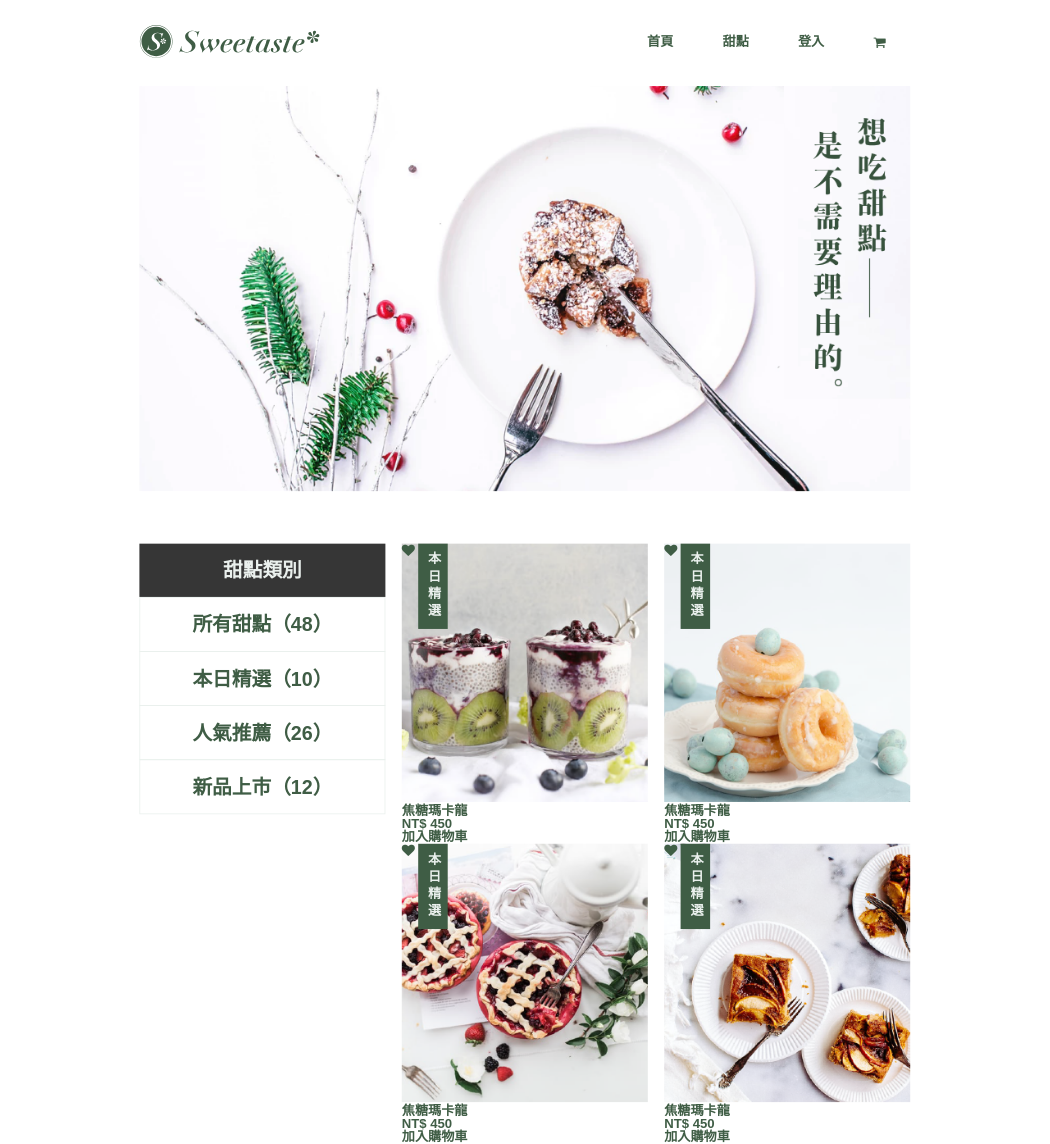
Repository: michelle61219/Sweets
Page: index.html
These files come from the project's save history. The page is drawn as it stood at one moment and after the next save; the edit follows.
The browser window is 1280 px wide. The pictures show the whole page, at 82% of full size.

Above is the page before, as saved 2021-06-13 15:30:05.

### index.html
<!DOCTYPE html>
<html lang="en">
	<head>
		<meta charset="UTF-8" />
		<meta http-equiv="X-UA-Compatible" content="IE=edge" />
		<meta name="viewport" content="width=device-width, initial-scale=1.0" />
		<link rel="stylesheet" href="style.css" />
		<link
			rel="stylesheet"
			href="https://cdnjs.cloudflare.com/ajax/libs/font-awesome/4.7.0/css/font-awesome.min.css"
		/>
		<title>甜點電商</title>
	</head>
	<body>
		<header></header>
		<div class="header container">
			<h1>
				<a href="#">
					<img
						width="220"
						height="40"
						src="images/logo-all-dark.svg"
						alt="logo"
					/>
				</a>
			</h1>
			<nav>
				<ul class="menu">
					<li><a href="#">首頁</a></li>
					<li><a href="#">甜點</a></li>
					<li><a href="#">登入</a></li>
					<li>
						<a href="#">
							<i class="fa fa-shopping-cart"></i>
						</a>
					</li>
				</ul>
			</nav>
		</div>
		<div class="banner container">
			<img src="images/banner.png" alt="banner" />
		</div>
		<div class="main container">
			<div class="aside">
				<h2>甜點類別</h2>
				<ul>
					<li><a href="#">所有甜點（48）</a></li>
					<li><a href="#">本日精選（10）</a></li>
					<li><a href="#">人氣推薦（26）</a></li>
					<li><a href="#">新品上市（12）</a></li>
				</ul>
			</div>
			<div class="productList">
				<ul class="productList-card">
					<li>
						<div class="tag">本日精選</div>
						<i class="fa fa-heart heart"></i>
						<img src="images/p-1.png" alt="p1" />
						<div class="productList-card-body">
							<h2>焦糖瑪卡龍</h2>
							<span>NT$ 450</span>
						</div>
						<a href="#" class="cart">加入購物車</a>
					</li>
					<li>
						<div class="tag">本日精選</div>
						<i class="fa fa-heart heart"></i>
						<img src="images/p-2.png" alt="p1" />
						<div class="productList-card-body">
							<h2>焦糖瑪卡龍</h2>
							<span>NT$ 450</span>
						</div>
						<a href="#" class="cart">加入購物車</a>
					</li>
					<li>
						<div class="tag">本日精選</div>
						<i class="fa fa-heart heart"></i>
						<img src="images/p-3.png" alt="p1" />
						<div class="productList-card-body">
							<h2>焦糖瑪卡龍</h2>
							<span>NT$ 450</span>
						</div>
						<a href="#" class="cart">加入購物車</a>
					</li>
					<li>
						<div class="tag">本日精選</div>
						<i class="fa fa-heart heart"></i>
						<img src="images/p-4.png" alt="p1" />
						<div class="productList-card-body">
							<h2>焦糖瑪卡龍</h2>
							<span>NT$ 450</span>
						</div>
						<a href="#" class="cart">加入購物車</a>
					</li>
				</ul>
			</div>
		</div>
	</body>
</html>

### style.css
/* http://meyerweb.com/eric/tools/css/reset/
   v2.0 | 20110126
   License: none (public domain)
*/

html,
body,
div,
span,
applet,
object,
iframe,
h1,
h2,
h3,
h4,
h5,
h6,
p,
blockquote,
pre,
a,
abbr,
acronym,
address,
big,
cite,
code,
del,
dfn,
em,
img,
ins,
kbd,
q,
s,
samp,
small,
strike,
strong,
sub,
sup,
tt,
var,
b,
u,
i,
center,
dl,
dt,
dd,
ol,
ul,
li,
fieldset,
form,
label,
legend,
table,
caption,
tbody,
tfoot,
thead,
tr,
th,
td,
article,
aside,
canvas,
details,
embed,
figure,
figcaption,
footer,
header,
hgroup,
menu,
nav,
output,
ruby,
section,
summary,
time,
mark,
audio,
video {
	margin: 0;
	padding: 0;
	border: 0;
	font-size: 100%;
	font: inherit;
	vertical-align: baseline;
}
/* HTML5 display-role reset for older browsers */
article,
aside,
details,
figcaption,
figure,
footer,
header,
hgroup,
menu,
nav,
section {
	display: block;
}
body {
	line-height: 1;
}
ol,
ul {
	list-style: none;
}
blockquote,
q {
	quotes: none;
}
blockquote:before,
blockquote:after,
q:before,
q:after {
	content: '';
	content: none;
}
table {
	border-collapse: collapse;
	border-spacing: 0;
}
img {
	max-width: 100%;
	height: auto;
}

/* ---CSS Starts from Here--- */

body {
	color: #3f5d45;
	font-family: Arial, Helvetica, sans-serif;
	font-weight: bold;
}

a {
	color: #3f5d45;
	text-decoration: none;
}

.container {
	width: 940px; /* based on main image */
	margin: 0 auto;
}

.header {
	display: flex;
	justify-content: space-between;
	align-items: center;
	padding-top: 30px;
	padding-bottom: 30px;
}

.menu {
	display: flex;
}

.menu a {
	padding: 10px 30px 8px 30px;
}

.menu a:hover {
	background: #3f5d45;
	color: white;
}

.banner {
	margin-bottom: 60px;
}

.main {
	display: flex;
	justify-content: space-between;
}

/* based on banner's width */
.aside {
	width: 300px;
}

.aside h2 {
	background: #363636;
	color: #eaf0ed;
	text-align: center;
	font-size: 24px;
	line-height: 65px;
}

.aside li {
	/* Avoid overlaying border lines between each list */
	margin-bottom: -1px;
}
.aside a {
	font-size: 24px;
	text-align: center;
	display: block;
	line-height: 65px;
	border: 1px solid #eaf0ed;
}
.aside a:hover {
	background: #eaf0ed;
}

.productList {
	width: 620px;
}
.productList-card {
	display: flex;
	flex-wrap: wrap;
	justify-content: space-between;
}
.productList-card li {
	width: 300px;
	position: relative;
}

.productList-card .tag {
	position: absolute;
	left: 20px;
	top: 0px;
	/* text */
	writing-mode: vertical-lr;
	letter-spacing: 5px;
	padding: 10px;
	background: #3f5d45;
	color: #eaf0ed;
}
.productList-card .heart {
	position: absolute;
}

After the next save:
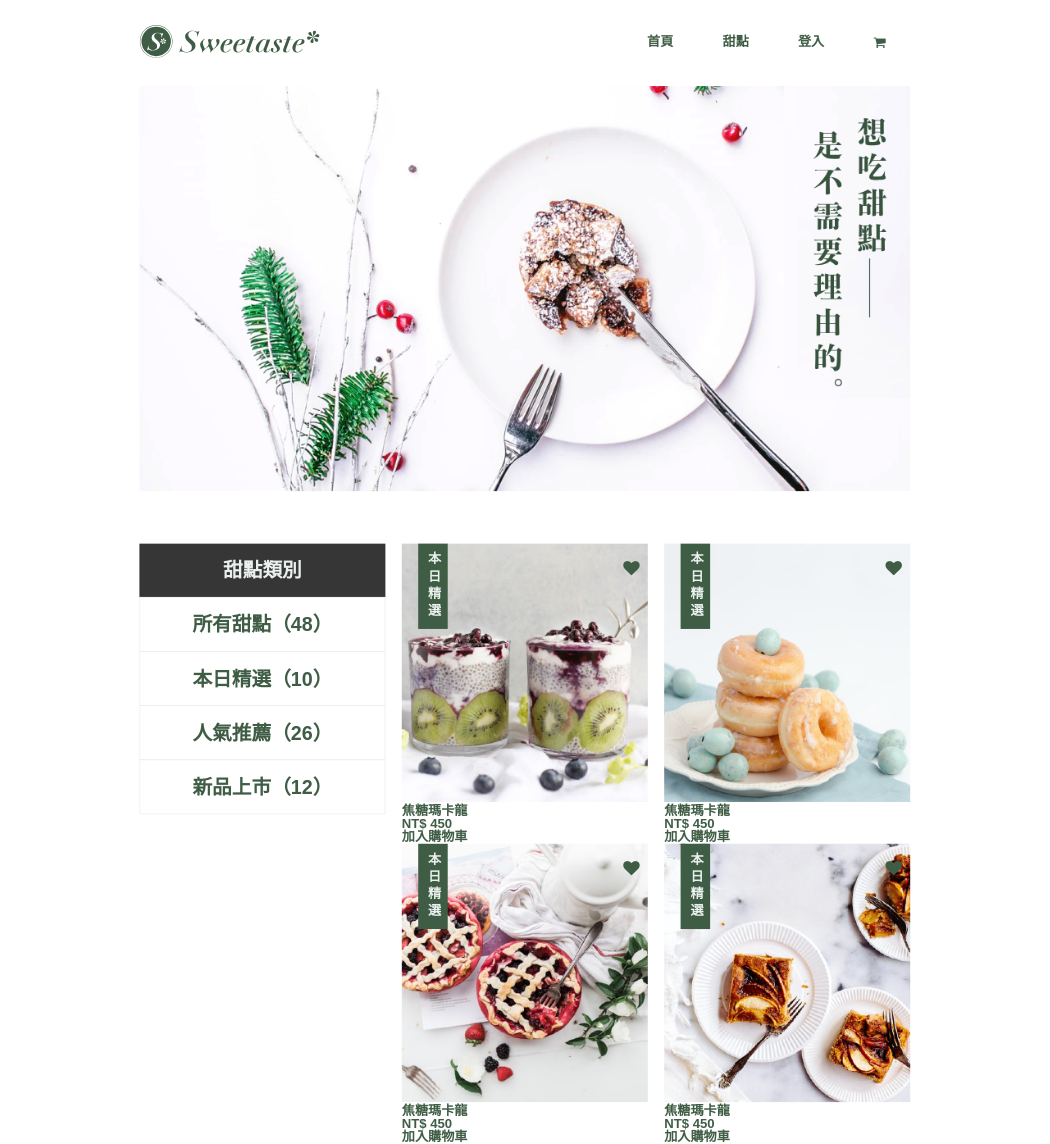
Saved 29 s later.
--- a/style.css
+++ b/style.css
@@ -234,4 +234,7 @@ a {
 }
 .productList-card .heart {
 	position: absolute;
-}
+	right: 10px;
+	top: 20px;
+	font-size: 20px;
+}
